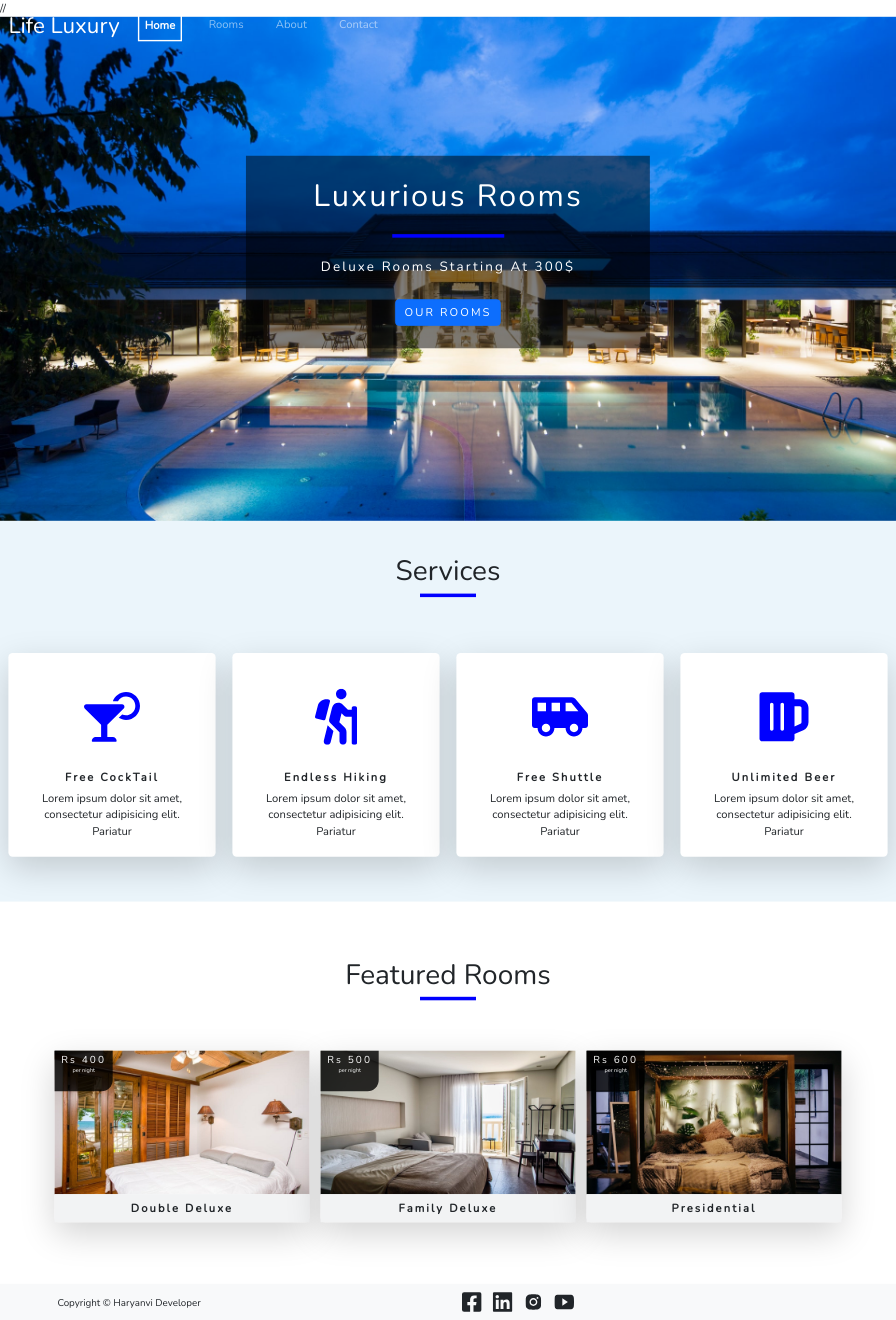
Repository: OmniaRafat232111121/Hotel-Booking-App
Page: /
These files come from the project's save history. The page is drawn as it stood at one moment and after a run of saves; the edit follows.
The browser window is 1280 px wide. The pictures show the whole page, at 70% of full size.
The project was rebuilt for these pictures with package versions that can differ from the ones it lists, and the page was loaded fresh each time. A package was used in the major version that the imports need, not the one package.json lists. Also part of the build but not shown: src/components/RoomsFilter.jsx, src/components/RoomsList.jsx, src/components/RoomsContainer.jsx, src/pages/Rooms.jsx, src/components/StyledHero.jsx, src/pages/SingleRoom.jsx, src/pages/Error.jsx, src/pages/About.jsx and 2 more.

Above is the page before, as saved 2022-07-29 21:40:37.

After the next 2 saves:
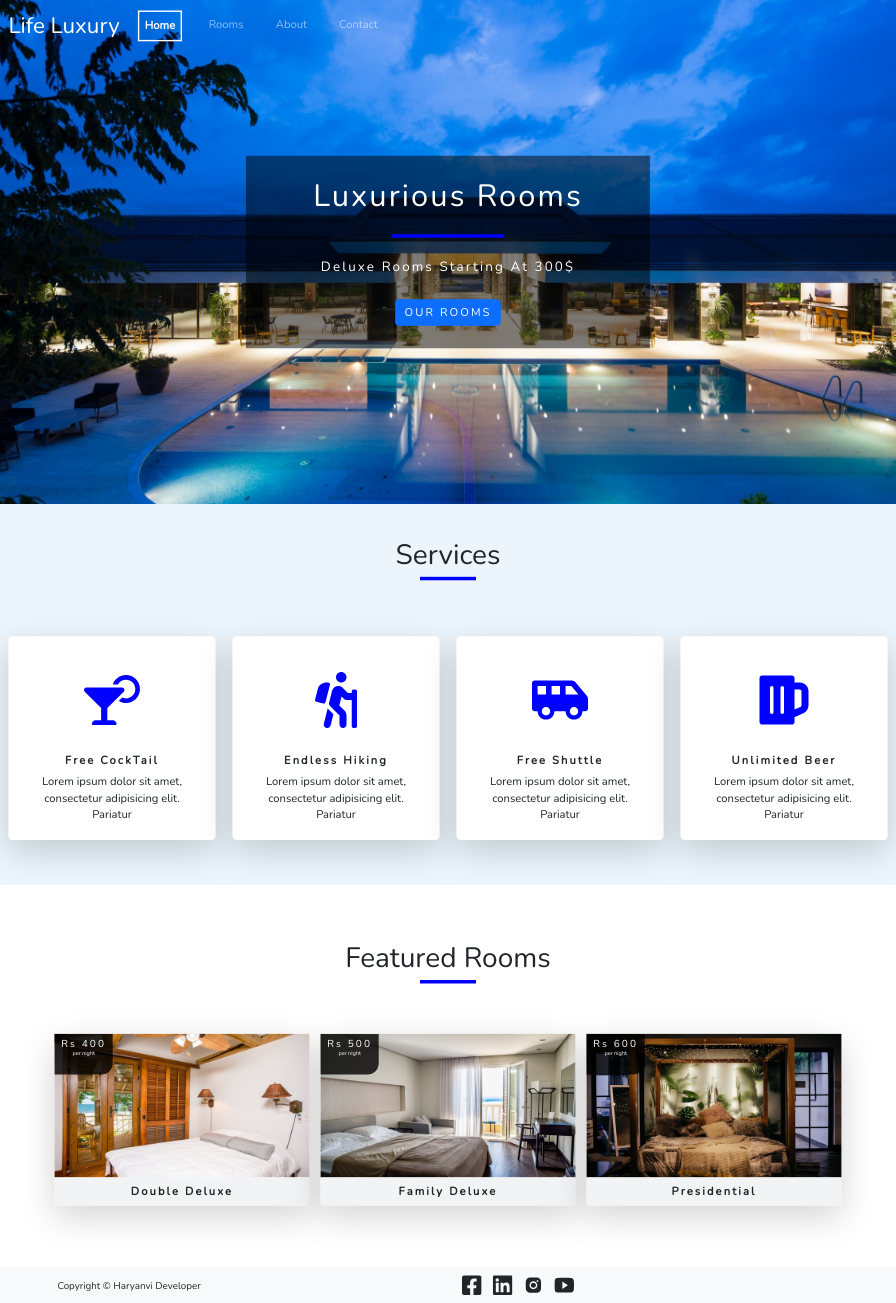
The 2 saves are shown as one change because they came seconds apart.
The last was saved 5 s later.
--- a/src/pages/Home.jsx
+++ b/src/pages/Home.jsx
@@ -8,8 +8,8 @@ import FeaturedRooms from '../components/FeaturedRooms';
 export default function Home() {
     return (
         <>
-        // <Hero hero="defaultHero">
-        // </Hero>
+         <Hero hero="defaultHero">
+     </Hero>
         <Banner title="Luxurious Rooms" subtitle="deluxe rooms starting at 300$">
                 <Link to="/rooms" className="btn btn-primary">
                       Our Rooms
